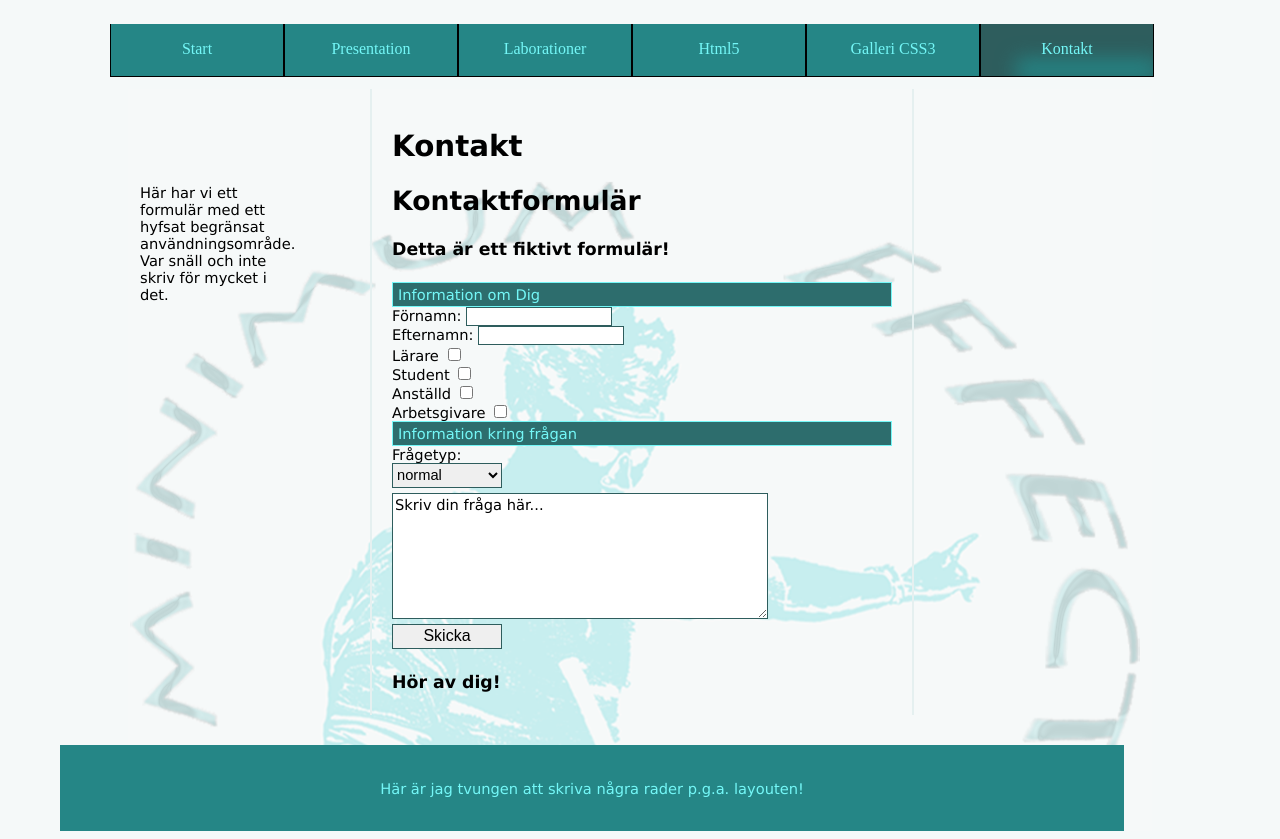
Repository: kb222jf/1ik415-laborationer
Page: Pages/Kontakt.html
The author's editor kept a record of every edit. The page is drawn from the files as they stood at one moment, then again after the next edit.
The browser window is 1280 px wide. The pictures show the whole page.
Backgrounds fixed to the window are drawn as part of the page.

Above is the page before.

### Pages/Kontakt.html
<!doctype html>
<html lang="sv">
	<head>
	<meta charset="utf-8">
	<meta name="viewport" content="width:device-width, initial-scale=1">
	<title>Kontakt</title>
  <!-- Favicon -->
        <link rel="shortcut icon" href="../Css/Pics/favicon.png" type="image/png" />
<!-- Apple touch icons -->
        <link rel="apple-touch-icon-precomposed" sizes="144x144" href="../Pics/apple-touch.icon-screen.png" />
        <link rel="apple-touch-icon-precomposed" sizes="114x114" href="../Pics/apple-touch.icon-720.png" />
        <link rel="apple-touch-icon-precomposed" sizes="57x57" href="../Pics/apple-touch.icon-480.png" />

<!-- All Devices -->
	    <link rel="stylesheet" href="../Css/Style.css" />
<!-- Resolution Screens > 720px -->
        <link rel="stylesheet" media="screen and (max-width: 1161px)" href="../Css/Screen.css" />
<!-- Resolution Smartphones <= 720px -->
        <link rel="stylesheet" media="only screen and (max-width:721px)" href="../Css/Mobile720.css" />
<!-- Resolution Smartphones <= 480px -->
        <link rel="stylesheet" media="only screen and (max-width: 481px)" href="../Css/Mobile480.css" />

</head>

<body>
<div id="container">

<!-- Meny start-->
    <div id="navigation">
        <ul>
            <li><a href="../Index.html">Start</a></li>
            <li><a href="Presentation.html">Presentation</a></li>
            <li><a href="Laborationer.html">Laborationer</a></li>
            <li><a href="Html5.html">Html5</a></li>
            <li><a href="../Gallery/index.html">Galleri CSS3</a></li>
            <li><a href="Kontakt.html" class="active">Kontakt</a></li>
        </ul>
    </div>
<!-- Meny slut-->

<div id="wrapper">

    <div id="context">
        <p>
          Här har vi ett formulär med ett hyfsat begränsat användningsområde.
          Var snäll och inte skriv för mycket i det.
        </p>
    </div>

    <div id="content">
        <h1>Kontakt</h1>

	    <h2>Kontaktformulär</h2>

	    <h4>Detta är ett fiktivt formulär!</h4>

    <form name="Kontaktform" id="Kontakt" action="http://voyager.lnu.se/tekinet/kurser/dtt/wp_webbintro/form.php" method="post">
				<legend>Information om Dig</legend>
				    Förnamn: <input type="email" class="name" name="fornamn"><br>
				    Efternamn: <input type="email" class="name" name="efternamn"><br>
                    Lärare <input type="checkbox" name="frågetyp" value="onodig"><br>
				    Student <input type="checkbox" name="frågetyp" value="normal"><br>
				    Anställd <input type="checkbox" name="frågetyp" value="relevant"><br>
                    Arbetsgivare <input type="checkbox" name="frågetyp" value="talangfull"><br>

				<legend>Information kring frågan</legend>
            	    Frågetyp: <br>
                    <select name="Frågetyp">
				    <option value="Onodig">onödig</option>
				    <option value="Normal" selected>normal</option>
				    <option value="Relevant">relevant</option>
				    <option value="Talangfull">talangfull</option>
				    </select><br>
                    <textarea type="email" name="Frågan"rows="4" cols="35" maxlength="70">Skriv din fråga här...
                    </textarea><br>
                    <input class="submit" type="submit" value="Skicka">

    </form>
	    <h4>Hör av dig!</h4>
    </div>
     <div id="news">
         <p>

        </p>
    </div>

</div>

    <div id="footer">
           <div id="footer-widget">
                <p>Här är jag tvungen att skriva några rader p.g.a. layouten!</p>
            </div>
    </div>

</div>
</body>
</html>

### Css/Style.css

 /* @media *//* Färger:
	 Body background: #f5f9f9
	 Footer: #258686
	 Menyknapp: #258686
	 Menyknapp hover: #b5bce1
	 Menyknaapp active: #194444

	 Typsnitt:
	 Meny: Source Sans Pro
	 Body: Lucida Sans Unicode
*/

@media all
{
    body
	{
	    margin-left:auto;
        margin-right:auto;
        overflow: auto;
        width:100%;
	    /* border: 4px solid red; */
		font-family: 'Lucida Sans Unicode';
		font-size: 11pt;
		background:#f5f9f9
	}

	h2
	{
	   font-size:20pt;
	}

	h3
	{
	    font-size:16pt;
	}

	h4
	{
	    font-size:13pt;
	}

	h5
	{
	    font-family: 'Source Sans Pro';
	    text-decoration: underline;
        font-size: 18px;

	}

/*Div-taggar start*/
	#container
	{
	    float: none;
	    overflow: none;
	    /* border: 4px solid blue; */
	    margin-left:auto;
        margin-right:auto;
        width:1160px;
        background:#f5f9f9 url('Pics/back-screen.png') no-repeat;
	    background-size:1024px;
	    background-attachment: fixed;
	    background-position:50% 2%;
	}

@media screen, handheld, projection, tv {

	#navigation
	{
	    float: none;
	    /* border: 4px solid blue; */
        width:1140px;
        height: 80px;
		margin-left:auto;
        margin-right:auto;
		padding:1px 0px 0px 0px;
		background:#f5f9f9;
	}

	#wrapper
	{
	    float: none;
	    width:1140px;
	    /* border: 4px solid green; */
	    margin:auto;
	    overflow: auto;
	}


	#context
	{
	    float: left;
	    width: 140px;
	    /* border: 4px solid blue; */
	    margin:auto;
	    padding: 80px 90px 20px 70px;
	}

	#content
	{
		border-right: solid #e5f0f0 2px;
		border-left: solid #e5f0f0 2px;
        float: left;
	    width: 500px;
	    /* border: 4px solid blue; */
	    margin:auto;
        padding: 20px 20px 0px 20px;
	}

	#news
	{
	    float: left;
	    width: 170px;
	    /* border: 4px solid blue; */
	    margin:auto;
        padding:70px 0px 20px 50px;
        list-style-image:url('Pics/blogg-klar.png');
	}

	#footer
	{
	    width: 1024px;
	    background-color: #258686;
	    color: #74f7f7;
	    margin-top: 30px;
	    padding: 20px 20px 20px 20px;
	}

	#footer-widget
	{
	    width:80%;
	    margin-right: auto;
	    margin-left: auto;
	    background-color: #258686;
	    color: #74f7f7;
	    text-align: center;
	}
/*Div-taggar slut*/

/*Meny start*/
     #navigation a
	{
	    font-family: 'Source Sans Pro';
	    color: #74f7f7;
	    text-decoration: none;
        font-size: 12pt;
        background: #258686;
        height: 28px;
        width: 156px;
        border-left: solid black medium;
        border-left-width:1px;
        border-right: solid black medium;
        border-right-width:1px;
        border-bottom: solid black medium;
        border-bottom-width:1px;
        margin-left:auto;
        margin-right:auto;
		padding: 16px 8px 8px 8px;
        float: left;
	}

	#navigation ul
	{
	    list-style: none;
	    text-align: center;
	}

	#navigation :hover
	{
		box-shadow: inset 5px 10px 10px 10px #276e6e;
	}

	.active
	{
		box-shadow: inset 20px 20px 20px 15px #2e5d5d;
	}
/*Meny slut*/

} /* @media */

/*Laborationstabell start*/
	#Resultat
	{
	    width: 405px;
	    height: 600px;
	}

	#Resultat td, #Resultat th, #Resultat tfoot
	{
	    border:3px transparent;
	    padding:3px 2px 2px 2px;
	}

	#Resultat th
	{
        padding-top:5px;
        padding-bottom:4px;
        background-color:#2e5d5d;
        color:#74f7f7;
        border:3px solid #f5f9f9;
	}

	#Resultat .labb
	{

	    border:3px solid #2e5d5d;
	}
/*Laborationstabell slut*/

/*Kontaktformulär start*/
    #Kontakt legend
    {
        padding:3px 5px 3px 5px;
        background-color:#2d6d6d;
        color:#74f7f7;
        border:1px solid #74f7f7;
    }

    #Kontakt input.name
    {
        width:140px;
        border:1px solid #2e5d5d;
    }

    #Kontakt fieldset
    {
        font-size:12pt;
        border:1px solid #2e5d5d;
    }

    #Kontakt select
    {
        height: 25px;
        width: 110px;
        font-size:11pt;
        border:1px solid #2e5d5d;
        margin:0px 0px 5px 0px;
    }

    #Kontakt textarea
    {
        height: 120px;
        width: 370px;
        font-size:11pt;
        font-family: 'Lucida Sans Unicode';
        border:1px solid #2e5d5d;
    }

    #Kontakt input.submit
    {
        height: 25px;
        width: 110px;
        font-size:12pt;
        border:1px solid #2e5d5d;
        margin:2px 0px 0px 0px;
    }
/*Kontaktformulär slut*/

/*Sprites*/

    #spritediv
	{
        height: 25px;
	    width: 400px;
	    /* border: 4px solid blue; */
	    margin:auto;
        padding-right: 50px;
	}

    #spritelist li
    {
        margin: 0;
        padding: 0;
        list-style: none;
        position: absolute;
        top: 0;
    }

    #spritelist li, #spritelist a
    {
        height: 24px;
        display: block;
    }
    #spritelist
    {
        position: relative;
    }
    #hus
    {
        left:0px;width:24px;
    }
    #hus
    {
        background:url("Pics/sprite.png") 0px 0px;
    }
    #hus a:hover
    {
        background: url("Pics/sprite.png") 0px -48px;
    }
    #hammare
    {
        left:80px;width:24px;
    }
    #hammare
    {
        background:url("Pics/sprite.png") 0px -96px;
    }
    #hammare a:hover
    {
        background: url("Pics/sprite.png") 0px -144px;
    }#foto
    {
        left:160px;width:24px;
    }
    #foto
    {
        background:url("Pics/sprite.png") 0px -192px;
    }
    #foto a:hover
    {
        background: url("Pics/sprite.png") 0px -240px;
    }#brev
    {
        left:240px;width:24px;
    }
    #brev
    {
        background:url("Pics/sprite.png") 0px -288px;
    }
    #brev a:hover
    {
        background: url("Pics/sprite.png") 0px -336px;
    }

/*Finlir*/

	#Presbild
	{
	    float: right;
	    margin:10px 0px 10px 10px;
	    border:3px solid #2e5d5d;
	}

	.left
	{
	    float: left;
	    margin:0px 20px 10px 0px;
	    border:3px solid #2e5d5d;
	}

	.none
	{
	    float: none;
	    margin:10px 20px 10px 0px;
	    border:3px solid #2e5d5d;
	}
/* @media */

### Css/Screen.css
 /* @media *//* Färger:
	 Body background: #f5f9f9
	 Footer: #258686
	 Menyknapp: #258686
	 Menyknapp hover: #b5bce1
	 Menyknaapp active: #194444

	 Typsnitt:
	 Meny: Source Sans Pro
	 Body: Lucida Sans Unicode
*/

@media all
{
    body
	{
	    margin-left:auto;
        margin-right:auto;
        overflow: auto;
        width:100%;
	    /* border: 4px solid red; */
		font-family: 'Lucida Sans Unicode';
		font-size: 10pt;
		background:#f5f9f9
	}

	h2
	{
	   font-size:20pt;
	}

	h3
	{
	    font-size:16pt;
	}

	h4
	{
	    font-size:13pt;
	}

	h5
	{
	    font-family: 'Source Sans Pro';
	    text-decoration: underline;
        font-size: 18px;

	}

/*Div-taggar start*/
	#container
	{
	    float: none;
	    overflow: none;
	    /* border: 2px solid blue; */
	    margin-left:auto;
        margin-right:auto;
        width: 99%;
        background:#f5f9f9 url('Pics/back-screen.png') no-repeat;
	    background-size:1024px;
	    background-attachment: fixed;
	    background-position:50% 2%;
	}



	#navigation
	{
	    float: none;
	    /* border: 1px solid blue; */
        width: 98%;
        height: 80px;
		margin-left:auto;
        margin-right:auto;
		padding:1px 0px 0px 0px;
		background: #f5f9f9;

	}

	#wrapper
	{
	    float: none;
	    width: 96%;
	    /* border: 2px solid green; */
	    margin:auto;
	    overflow: auto;
	}


	#context
	{
	    float: left;
	    width: 11%;
	    /* border: 1px solid blue; */
	    margin:auto;
	    padding:80px 30px 20px 40px;
	}

	#content
	{
		border-right: solid #e5f0f0 2px;
		border-left: solid #e5f0f0 2px;
        float: left;
	    width: 44%;
	    /* border: 1px solid blue; */
	    margin: 0% 3% 1% 6%;
        padding:0px 15px 0px 20px;
	}

	#news
	{
	    float: left;
	    width: 10%;
	    /* border: 1px solid blue; */
	    margin:auto;
        padding: 70px 0px 20px 10px;
        list-style-image:url('Pics/blogg-klar.png');
	}

	#footer
	{
	    width:98%;
	    /* : 4px solid blue; */
	    background-color: #258686;
	    color: #74f7f7;
	    margin-top: 30px;
	    padding: 20px 20px 20px 20px;
	    float: none;

	}

	#footer-widget
	{
	    width:80%;
	    margin-right: auto;
	    margin-left: auto;
	    background-color: #258686;
	    color: #74f7f7;
	    text-align: center;
	}
/*Div-taggar slut*/

/*Meny start*/
    #navigation a
	{
	    font-family: 'Source Sans Pro';
	    color: #74f7f7;
	    text-decoration: none;
        font-size: 11pt;
        background: #258686;
        height: 26px;
        width: 13.5%;
        border-left: solid black medium;
        border-left-width:1px;
        border-right: solid black medium;
        border-right-width:1px;
        border-bottom: solid black medium;
        border-bottom-width:1px;
        margin-left:auto;
        margin-right:auto;
		padding: 16px 8px 8px 8px;
        float: left;
	}

	#navigation ul
	{
	    list-style: none;
	    text-align: center;
	}

	#navigation :hover
	{
		box-shadow: inset 5px 10px 10px 10px #276e6e;
	}

	.active
	{
		box-shadow: inset 20px 20px 20px 15px #2e5d5d;
	}
/*Meny slut*/

 /* @media */

/*Laborationstabell start*/
	#Resultat
	{
	    width: 405px;
	    height: 600px;
	}

	#Resultat td, #Resultat th, #Resultat tfoot
	{
	    border:3px transparent;
	    padding:3px 2px 2px 2px;
	}

	#Resultat th
	{
	    font-family: 'Source Sans Pro';
        text-transform:capitalize;
        font-size: 16px;
        padding-top:5px;
        padding-bottom:4px;
        background-color:#2e5d5d;
        color:#74f7f7;
        border:3px solid #f5f9f9;
	}

	#Resultat .labb
	{

	    border:3px solid #2e5d5d;
	}
/*Laborationstabell slut*/

/*Kontaktformulär start*/
     #Kontakt legend
    {
        font-family: 'Source Sans Pro';
        text-transform:capitalize;
        font-size: 18px;
        margin-top: 20px;
        margin-bottom: 8px;
        padding:5px 8px 5px 8px;
        background-color:#258686;
        color:#74f7f7;
        border:1px solid black;
    }

    #Kontakt input.name
    {
        width:140px;
        border:1px solid #2e5d5d;
    }

    #Kontakt select
    {
        height: 25px;
        width: 110px;
        font-size:11pt;
        border:1px solid #2e5d5d;
        margin:0px 0px 5px 0px;
    }

    #Kontakt textarea
    {
        height: 120px;
        width: 370px;
        font-size:11pt;
        font-family: 'Lucida Sans Unicode';
        border:1px solid #2e5d5d;
    }

    #Kontakt input.submit
    {
        height: 25px;
        width: 110px;
        font-size:12pt;
        border:1px solid #2e5d5d;
        margin:2px 0px 0px 0px;
    }
/*Kontaktformulär slut*/

/*Sprites*/

    #spritediv
	{
        height: 25px;
	    width: 400px;
	    /* border: 4px solid blue; */
	    margin:auto;
        padding-right: 50px;
	}

    #spritelist li
    {
        margin: 0;
        padding: 0;
        list-style: none;
        position: absolute;
        top: 0;
    }

    #spritelist li, #spritelist a
    {
        height: 24px;
        display: block;
    }
    #spritelist
    {
        position: relative;
    }
    #hus
    {
        left:0px;width:24px;
    }
    #hus
    {
        background:url("Pics/sprite.png") 0px 0px;
    }
    #hus a:hover
    {
        background: url("Pics/sprite.png") 0px -48px;
    }
    #hammare
    {
        left:80px;width:24px;
    }
    #hammare
    {
        background:url("Pics/sprite.png") 0px -96px;
    }
    #hammare a:hover
    {
        background: url("Pics/sprite.png") 0px -144px;
    }#foto
    {
        left:160px;width:24px;
    }
    #foto
    {
        background:url("Pics/sprite.png") 0px -192px;
    }
    #foto a:hover
    {
        background: url("Pics/sprite.png") 0px -240px;
    }#brev
    {
        left:240px;width:24px;
    }
    #brev
    {
        background:url("Pics/sprite.png") 0px -288px;
    }
    #brev a:hover
    {
        background: url("Pics/sprite.png") 0px -336px;
    }

/*Finlir*/
	#Presbild
	{
	    float: right;
	    margin:10px 0px 10px 10px;
	    border:3px solid #2e5d5d;
	}

	.left
	{
	    float: left;
	    margin:0px 20px 10px 0px;
	    border:3px solid #2e5d5d;
	}

	.none
	{
	    float: none;
	    margin:10px 20px 10px 0px;
	    border:3px solid #2e5d5d;
	}
}/* @media */

### Css/Mobile480.css

 /* @media *//* Färger:
	 Body background: #f5f9f9
	 Footer: #258686
	 Menyknapp: #258686
	 Menyknapp hover: #b5bce1
	 Menyknaapp active: #194444

	 Typsnitt:
	 Meny: Source Sans Pro
	 Body: Lucida Sans Unicode
*/

@media all
{
    body
	{
	    margin-left:auto;
        margin-right:auto;
        overflow: visible;
        overflow-x:hidden;
        width:100%;
	    /* border: 4px solid red; */
		font-family: 'Lucida Sans Unicode';
		font-size: 11pt;
		background:#f5f9f9
	}

	h2
	{
	   font-size:20pt;
	}

	h3
	{
	    font-size:16pt;
	}

	h4
	{
	    font-size:13pt;
	}

	h5
	{
	    font-family: 'Source Sans Pro';
	    text-decoration: none;
        font-size: 18px;
        border-bottom: solid black 1px;
        margin-right: 14px;

	}

/*Div-taggar start*/
	#container
	{
	    float: none;
	    overflow-x:hidden;
	    /* border: 1px solid blue; */
	    margin-left:auto;
        margin-right:auto;
        width:99%;
        overflow: auto;
        background:#f5f9f9 url('Pics/back-mobile720.png') no-repeat;
	    background-size:480px;
	    background-attachment: fixed;
	    background-position: 50% 50%;
	}

	#navigation
	{
	    float: none;
	    /* border: 1px solid blue; */
        width: 98%;
        height: 290px;
		margin-left:auto;
        margin-right:auto;
	}

	#wrapper
	{

	    float: none;
	    width:98%;
	    /* border: 1px solid green; */
	    margin-left:auto;
        margin-right:auto;
	    overflow-x:hidden;
	}


	#context
	{
	    float: left;
	    width: 86%;
	    /* border: 1px solid blue; */
	    margin: 30px auto 20px auto;

	}

	#content
	{
		border: solid #258686 1px;
		-webkit-border-radius: 4px 4px 4px 4px;
		border-radius: 4px 4px 4px 4px;
        float: left;
	    width: 84%;
	    /* border: 1px solid #258686; */
	    margin: 0px 30px 20px 20px;
	    padding: 2px 10px 10px 15px
	}

	#news
	{
	    float: left;
	    width: 88%;
	    /* border: 1px solid blue; */
	    margin:auto;
	    margin-left: 40px;
	    margin-right: 40px;
	    background-color: transparent;
        padding:0px 0px 0px 20px;
        list-style-image:url('Pics/blogg-klar.png');
        overflow: auto;
	}

	#footer
	{
	    width:98%;
	    /* : 4px solid blue; */
	    background-color: #258686;
	    color: #74f7f7;
	    margin-top: 30px;
	    padding: 20px 20px 20px 20px;
	    float: none;

	}

	#footer-widget
	{
	    width:70%;
	    margin-right: auto;
	    margin-left: auto;
	    background-color: #258686;
	    color: #74f7f7;
	    text-align: center;
	}
/*Div-taggar slut*/

/*Meny start*/
    #navigation a
	{
	    font-family: 'Source Sans Pro';
	    color: #74f7f7;
	    text-decoration: none;
        font-size: 18px;
        background: #258686;
        height: 25px;
        width: 82%;
        border-left: solid black medium;
        border-left-width:1px;
        border-right: solid black medium;
        border-right-width:1px;
        border-bottom: solid black medium;
        border-bottom-width:1px;
        margin-left:auto;
        margin-right:auto;
		padding: 10px 9px 10px 9px;
        float: left;
	}

	#navigation ul
	{
	    list-style: none;
	    text-align: center;
	}

	#navigation :hover
	{
		box-shadow: inset 5px 10px 10px 10px #276e6e;
	}

	.active
	{
		box-shadow: inset 20px 20px 20px 15px #2e5d5d;
	}
/*Meny slut*/

}  /* @media */

/*Laborationstabell start*/
	#Resultat
	{
	    width: 90%;
	    height: 600px;
	}

	#Resultat td, #Resultat th, #Resultat tfoot
	{
	    border:3px transparent;
	    padding:3px 2px 2px 2px;
	}

	#Resultat th
	{
	    font-family: 'Source Sans Pro';
        text-transform:capitalize;
        font-size: 16px;
        padding-top:5px;
        padding-bottom:4px;
        background-color:#2e5d5d;
        color:#74f7f7;
        border:3px solid #f5f9f9;
	}

	#Resultat .labb
	{

	    border:3px solid #2e5d5d;
	}
/*Laborationstabell slut*/

/*Kontaktformulär start*/
    #Kontakt legend
    {
        font-family: 'Source Sans Pro';
        text-transform:capitalize;
        font-size: 18px;
        margin-top: 20px;
        margin-bottom: 8px;
        padding:5px 8px 5px 8px;
        background-color:#258686;
        color:#74f7f7;
        border:1px solid black;
    }

    #Kontakt input.name
    {
        width:140px;
        border:1px solid #2e5d5d;
    }

    #Kontakt select
    {
        height: 25px;
        width: 110px;
        font-size:11pt;
        border:1px solid #2e5d5d;
        margin:0px 0px 5px 0px;
    }

    #Kontakt textarea
    {
        height: 120px;
        width: 370px;
        font-size:11pt;
        font-family: 'Lucida Sans Unicode';
        border:1px solid #2e5d5d;
    }

    #Kontakt input.submit
    {
        height: 25px;
        width: 110px;
        font-size:12pt;
        border:1px solid #2e5d5d;
        margin:2px 0px 0px 0px;
    }
/*Kontaktformulär slut*/

/*Sprites*/

    #spritediv
	{
        height: 25px;
	    width: 400px;
	    /* border: 4px solid blue; */
	    margin:auto;
        padding-right: 50px;
	}

    #spritelist li
    {
        margin: 0;
        padding: 0;
        list-style: none;
        position: absolute;
        top: 0;
    }

    #spritelist li, #spritelist a
    {
        height: 24px;
        display: block;
    }
    #spritelist
    {
        position: relative;
    }
    #hus
    {
        left:0px;width:24px;
    }
    #hus
    {
        background:url("Pics/sprite.png") 0px 0px;
    }
    #hus a:hover
    {
        background: url("Pics/sprite.png") 0px -48px;
    }
    #hammare
    {
        left:80px;width:24px;
    }
    #hammare
    {
        background:url("Pics/sprite.png") 0px -96px;
    }
    #hammare a:hover
    {
        background: url("Pics/sprite.png") 0px -144px;
    }#foto
    {
        left:160px;width:24px;
    }
    #foto
    {
        background:url("Pics/sprite.png") 0px -192px;
    }
    #foto a:hover
    {
        background: url("Pics/sprite.png") 0px -240px;
    }#brev
    {
        left:240px;width:24px;
    }
    #brev
    {
        background:url("Pics/sprite.png") 0px -288px;
    }
    #brev a:hover
    {
        background: url("Pics/sprite.png") 0px -336px;
    }

/*Finlir*/
	#Presbild
	{
	    float: right;
	    margin:10px 0px 10px 10px;
	    border:3px solid #2e5d5d;
	}

	.left
	{
	    float: left;
	    margin:0px 20px 10px 0px;
	    border:3px solid #2e5d5d;
	}

	.none
	{
	    float: none;
	    margin:10px 20px 10px 0px;
	    border:3px solid #2e5d5d;
	}
} /* @media */

Loaded but not shown: Css/Mobile720.css (372 lines, source omitted)

After the next edit:
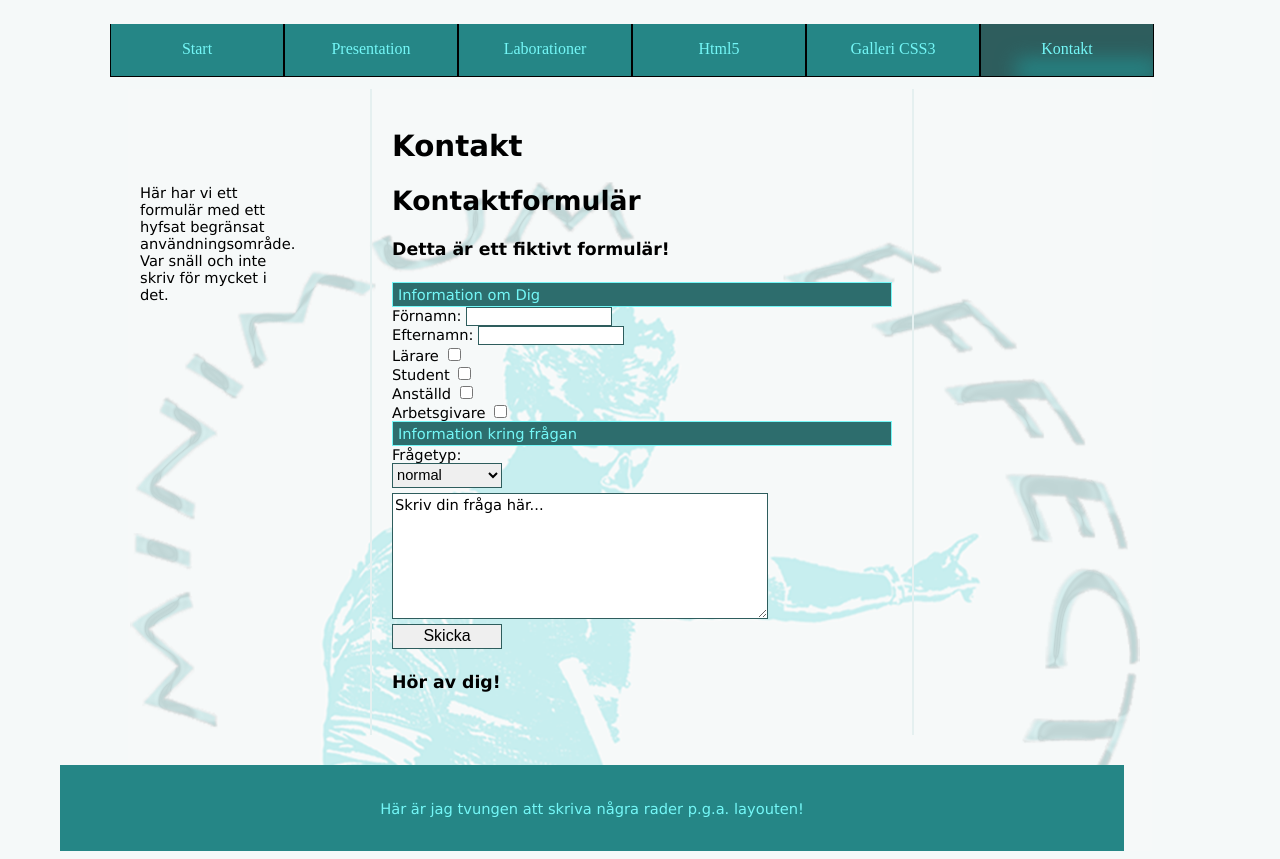
The edit:
--- a/Css/Style.css
+++ b/Css/Style.css
@@ -104,7 +104,7 @@
 	    width: 500px;
 	    /* border: 4px solid blue; */
 	    margin:auto;
-        padding: 20px 20px 0px 20px;
+        padding: 20px 20px 20px 20px;
 	}
 
 	#news
